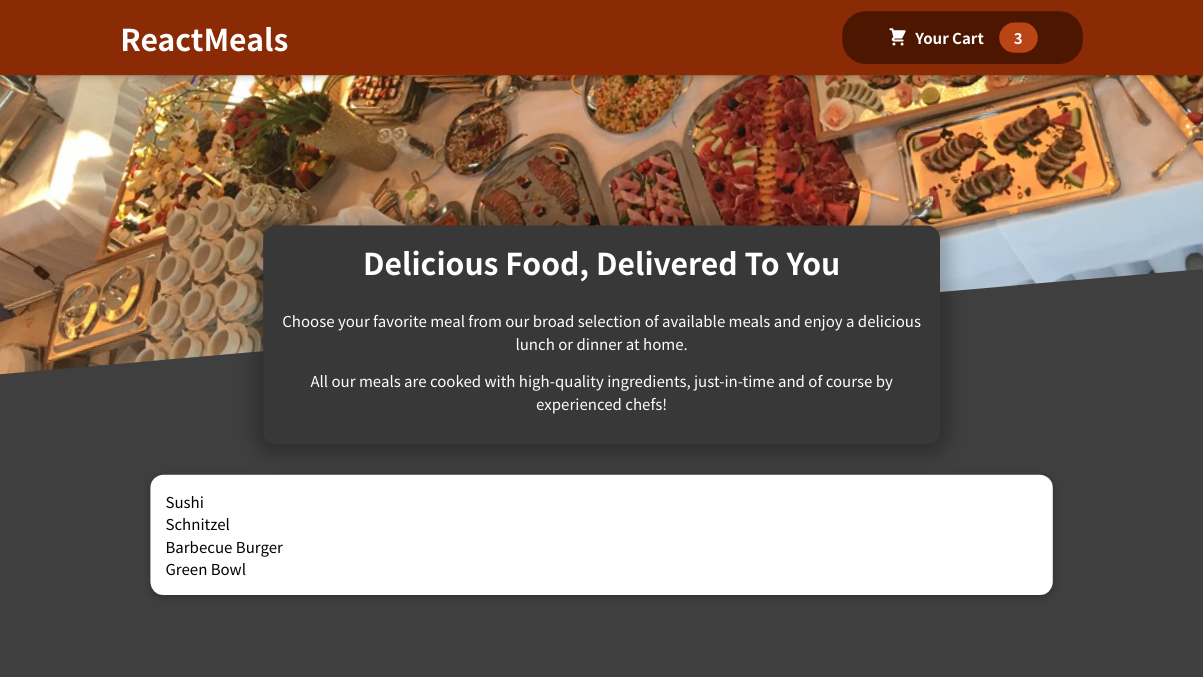
Repository: m-ahmadshaikh/React-Food-Ordering-App
Page: /
An editor plug-in stored every save of this project. The page is shown before and after a run of saves, followed by the edit.
The browser window is 1280 px wide. The pictures show the whole page, at 94% of full size.
The project was rebuilt for these pictures with package versions that can differ from the ones it lists, and the page was loaded fresh each time.

Above is the page before, as saved 2022-09-08 16:45:48.

### src/App.js
import { Fragment } from 'react';
import Header from './components/Layout/Header';
import Meals from './components/Meals/Meals';

function App() {
  return (
    <Fragment>
      <Header />
      <Meals />
    </Fragment>
  );
}

export default App;

### src/components/Layout/Header.js
import React from 'react';
import styles from './Header.module.css';
import mealsImage from '../../assets/meals.jpeg';
import HeaderCartButton from './HeaderCartButton';
export default function Header() {
  return (
    <React.Fragment>
      <header className={styles.header}>
        <h1>ReactMeals</h1>
        <HeaderCartButton />
      </header>
      <div className={styles['main-image']}>
        <img src={mealsImage} alt="A table full of delicious foods." />
      </div>
    </React.Fragment>
  );
}

### src/components/Meals/Meals.js
import React, { Fragment } from 'react';
import AvailableMeals from './AvailableMeals';
import MealsSummary from './MealsSummary';

export default function Meals() {
  return (
    <Fragment>
      <MealsSummary />
      <AvailableMeals />
    </Fragment>
  );
}

### src/components/Layout/HeaderCartButton.js
import React from 'react';
import CartIcon from '../Cart/CartIcon';
import classes from './HeaderCartButton.module.css';
export default function HeaderCartButton() {
  return (
    <button className={classes.button}>
      <span className={classes.icon}>
        <CartIcon />
      </span>
      <span>Your Cart</span>
      <span className={classes.badge}>3</span>
    </button>
  );
}

### src/components/Meals/AvailableMeals.js
import React from 'react';
import Card from '../UI/Card';
import classes from './AvailableMeals.module.css';
const DUMMY_MEALS = [
  {
    id: 'm1',
    name: 'Sushi',
    description: 'Finest fish and veggies',
    price: 22.99,
  },
  {
    id: 'm2',
    name: 'Schnitzel',
    description: 'A german specialty!',
    price: 16.5,
  },
  {
    id: 'm3',
    name: 'Barbecue Burger',
    description: 'American, raw, meaty',
    price: 12.99,
  },
  {
    id: 'm4',
    name: 'Green Bowl',
    description: 'Healthy...and green...',
    price: 18.99,
  },
];
export default function AvailableMeals() {
  const mealsList = DUMMY_MEALS.map((meal) => <li>{meal.name}</li>);
  return (
    <section className={classes.meals}>
      <Card>
        <ul>{mealsList}</ul>
      </Card>
    </section>
  );
}

### src/components/Cart/CartIcon.js
import React from 'react';

export default function CartIcon() {
  return (
    <svg
      xmlns="http://www.w3.org/2000/svg"
      viewBox="0 0 20 20"
      fill="currentColor">
      <path d="M3 1a1 1 0 000 2h1.22l.305 1.222a.997.997 0 00.01.042l1.358 5.43-.893.892C3.74 11.846 4.632 14 6.414 14H15a1 1 0 000-2H6.414l1-1H14a1 1 0 00.894-.553l3-6A1 1 0 0017 3H6.28l-.31-1.243A1 1 0 005 1H3zM16 16.5a1.5 1.5 0 11-3 0 1.5 1.5 0 013 0zM6.5 18a1.5 1.5 0 100-3 1.5 1.5 0 000 3z" />
    </svg>
  );
}

### src/components/Layout/HeaderCartButton.module.css
.button {
    cursor: pointer;
    font: inherit;
    border: none;
    background-color: #4d1601;
    color: white;
    padding: 0.75rem 3rem;
    display: flex;
    justify-content: space-around;
    align-items: center;
    border-radius: 25px;
    font-weight: bold;
}

.button:hover,
.button:active {
    background-color: #2c0d00;
}

.icon {
    width: 1.35rem;
    height: 1.35rem;
    margin-right: 0.5rem;
}

.badge {
    background-color: #b94517;
    padding: 0.25rem 1rem;
    border-radius: 25px;
    margin-left: 1rem;
    font-weight: bold;
}

.button:hover .badge,
.button:active .badge {
    background-color: #92320c;
}

.bump {
    animation: bump 300ms ease-out;
}

@keyframes bump {
    0% {
        transform: scale(1);
    }

    10% {
        transform: scale(0.9);
    }

    30% {
        transform: scale(1.1);
    }

    50% {
        transform: scale(1.15);
    }

    100% {
        transform: scale(1);
    }
}

### src/components/UI/Card.js
import React from 'react';
import styles from './Card.module.css';
export default function Card(props) {
  const classNames = `${styles.card} ${props.className}`;
  return <div className={classNames}>{props.children}</div>;
}

### src/components/Meals/MealItem.js
import React from 'react';
import classes from './MealItem.module.css';
export default function MealItem(props) {
  const price = `$${props.price.toFixed(2)}`;
  return (
    <li className={classes.meal}>
      <div>
        <h3>{props.name}</h3>
        <div className={classes.description}>{props.description}</div>
        <div className={classes.price}>{price}</div>
      </div>
      <div></div>
    </li>
  );
}

Loaded but not shown: public/index.html (common file); src/index.js (common file); src/index.css (common file); src/components/Layout/Header.module.css (common file); src/components/Meals/MealsSummary.js (common file); src/components/Meals/AvailableMeals.module.css (common file); src/components/Meals/MealsSummary.module.css (common file); src/components/UI/Card.module.css (common file); src/components/Meals/MealItem.module.css (common file)

After the next 2 saves:
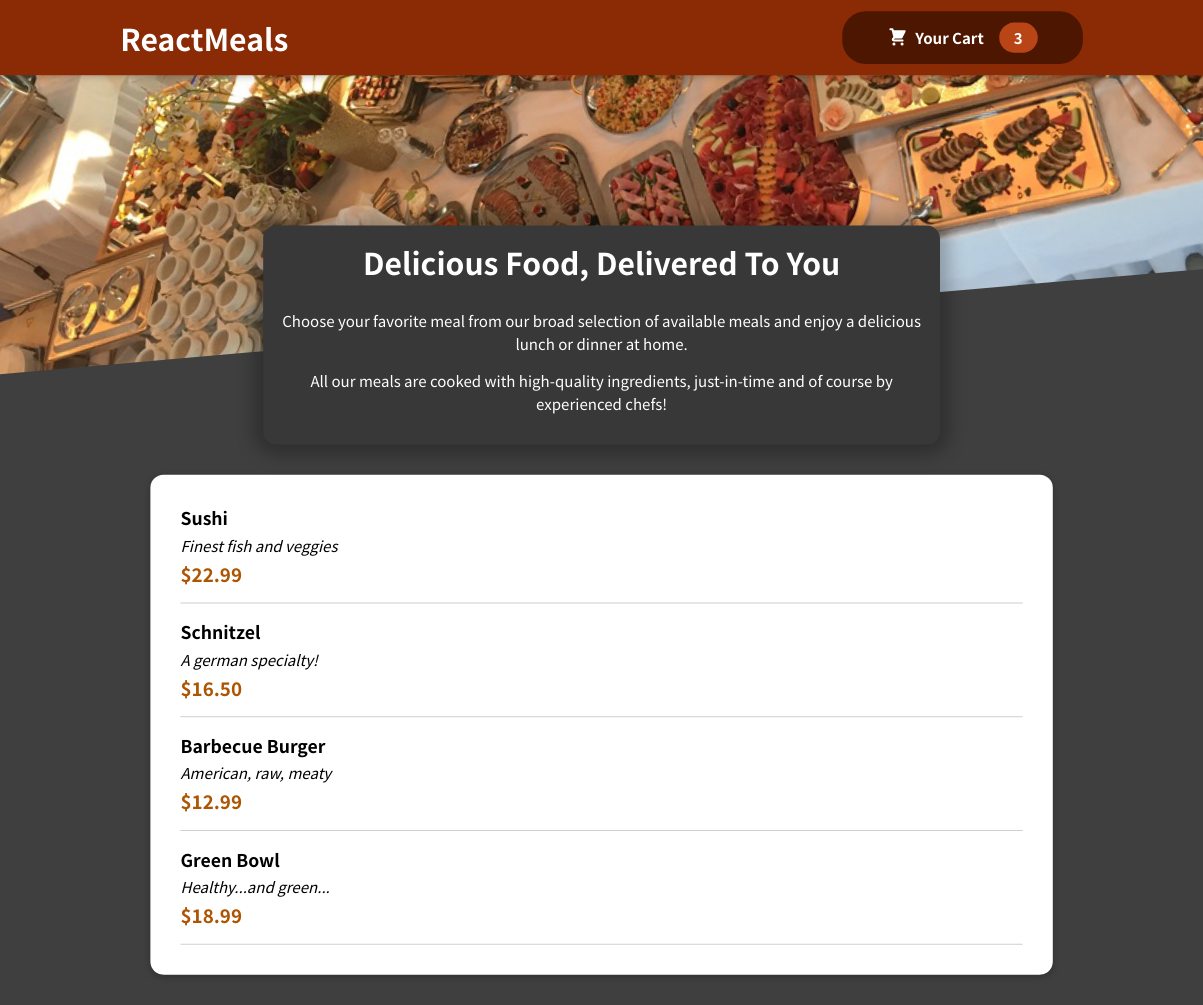
The 2 saves are shown as one change because 1 did not build or start.
The last was saved 88 s later.
--- a/src/components/Meals/AvailableMeals.js
+++ b/src/components/Meals/AvailableMeals.js
@@ -1,6 +1,7 @@
 import React from 'react';
 import Card from '../UI/Card';
 import classes from './AvailableMeals.module.css';
+import MealItem from './MealItem';
 const DUMMY_MEALS = [
   {
     id: 'm1',
@@ -28,7 +29,14 @@ const DUMMY_MEALS = [
   },
 ];
 export default function AvailableMeals() {
-  const mealsList = DUMMY_MEALS.map((meal) => <li>{meal.name}</li>);
+  const mealsList = DUMMY_MEALS.map((meal) => (
+    <MealItem
+      key={meal.id}
+      name={meal.name}
+      description={meal.description}
+      price={meal.price}
+    />
+  ));
   return (
     <section className={classes.meals}>
       <Card>
